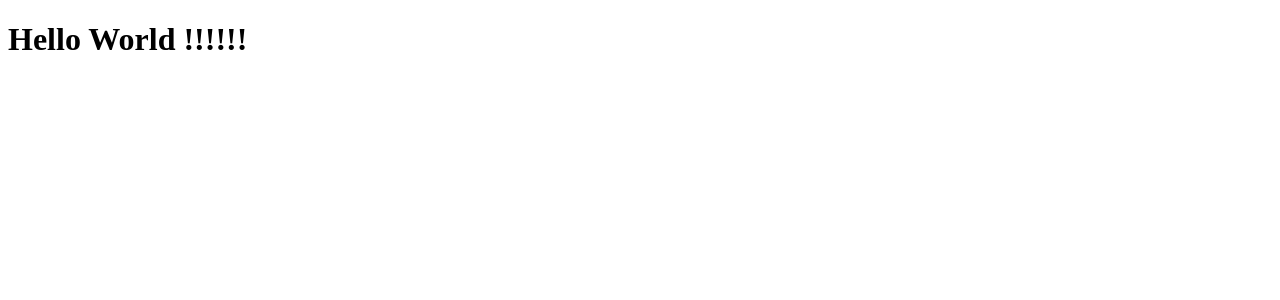
Repository: PratikKumar123/Spring
Page: http://localhost/springSecurity/hello
The author's editor kept a copy of each file at every save. The page is drawn from the files as they stood at one save, then again after the next save.
The browser window is 1280 px wide. The pictures show the whole page.
The page is served by Tomcat 9. Other server files are loaded and not shown.

Above is the page before, as saved 2023-02-10 06:12:14.

### springSecurity/src/main/webapp/WEB-INF/views/Hello.jsp
<%@ page language="java" contentType="text/html; charset=ISO-8859-1"
    pageEncoding="ISO-8859-1"%>
<!DOCTYPE html>
<html>
<head>
<meta charset="ISO-8859-1">
<title>Insert title here</title>
</head>
<body>
<h1>Hello World !!!!!!</h1>
</body>
</html>

After the next save:
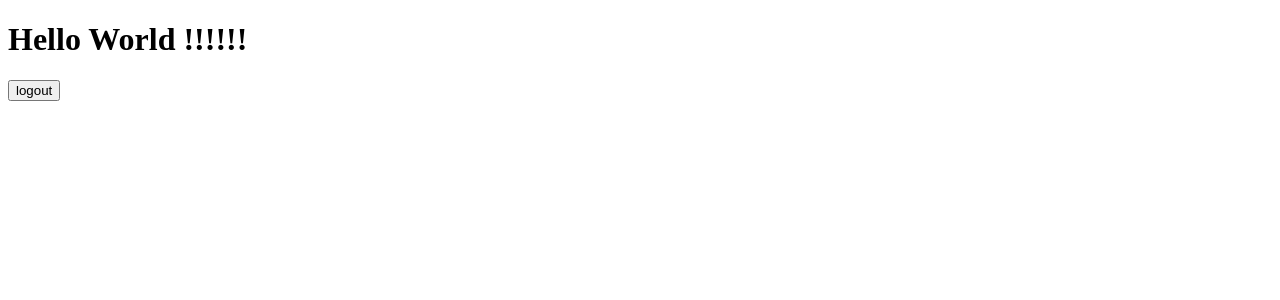
Saved 4 min 13 s later.
--- a/springSecurity/src/main/webapp/WEB-INF/views/Hello.jsp
+++ b/springSecurity/src/main/webapp/WEB-INF/views/Hello.jsp
@@ -1,5 +1,7 @@
 <%@ page language="java" contentType="text/html; charset=ISO-8859-1"
-    pageEncoding="ISO-8859-1"%>
+	pageEncoding="ISO-8859-1" isELIgnored="false"%>
+<%@ taglib prefix="form" uri="http://www.springframework.org/tags/form"%>
+<%@ taglib uri="http://java.sun.com/jsp/jstl/core" prefix="c"%>
 <!DOCTYPE html>
 <html>
 <head>
@@ -7,6 +9,10 @@
 <title>Insert title here</title>
 </head>
 <body>
-<h1>Hello World !!!!!!</h1>
+	<h1>Hello World !!!!!!</h1>
+
+<form:form action="logout" method="POST">
+		<input type="submit" placeholder="Submit" value="logout">
+	</form:form>
 </body>
 </html>
